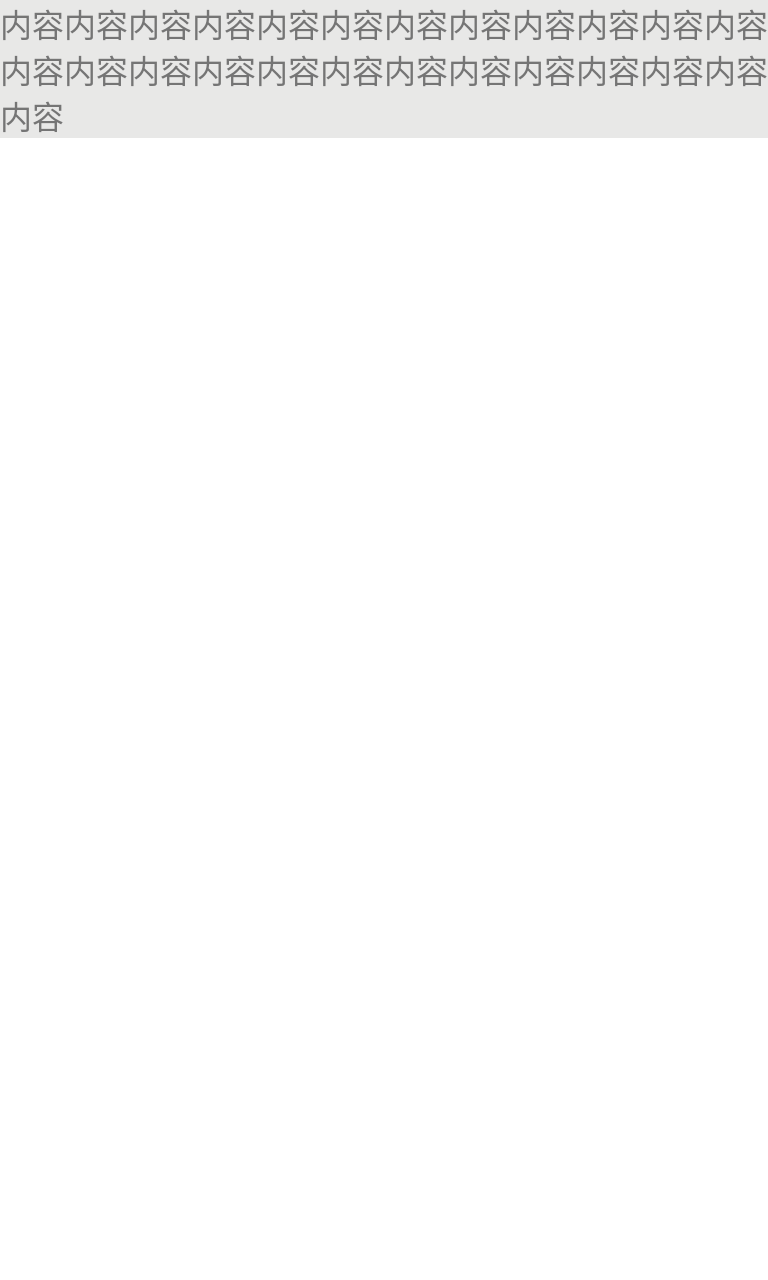
Repository: fatio/Nower
Layout: Android_Client_Source/EnjoyIt/res/layout/comment_list_item.xml
An editor plug-in stored every save of this project. The layout is shown before and after the next save, followed by the edit.
It is drawn on a 768 x 1280 px phone screen (xhdpi) without system bars, with theme AppTheme; the app's code is not run.

Above is the layout before, as saved 2015-12-27 16:36:30.

After the next save:
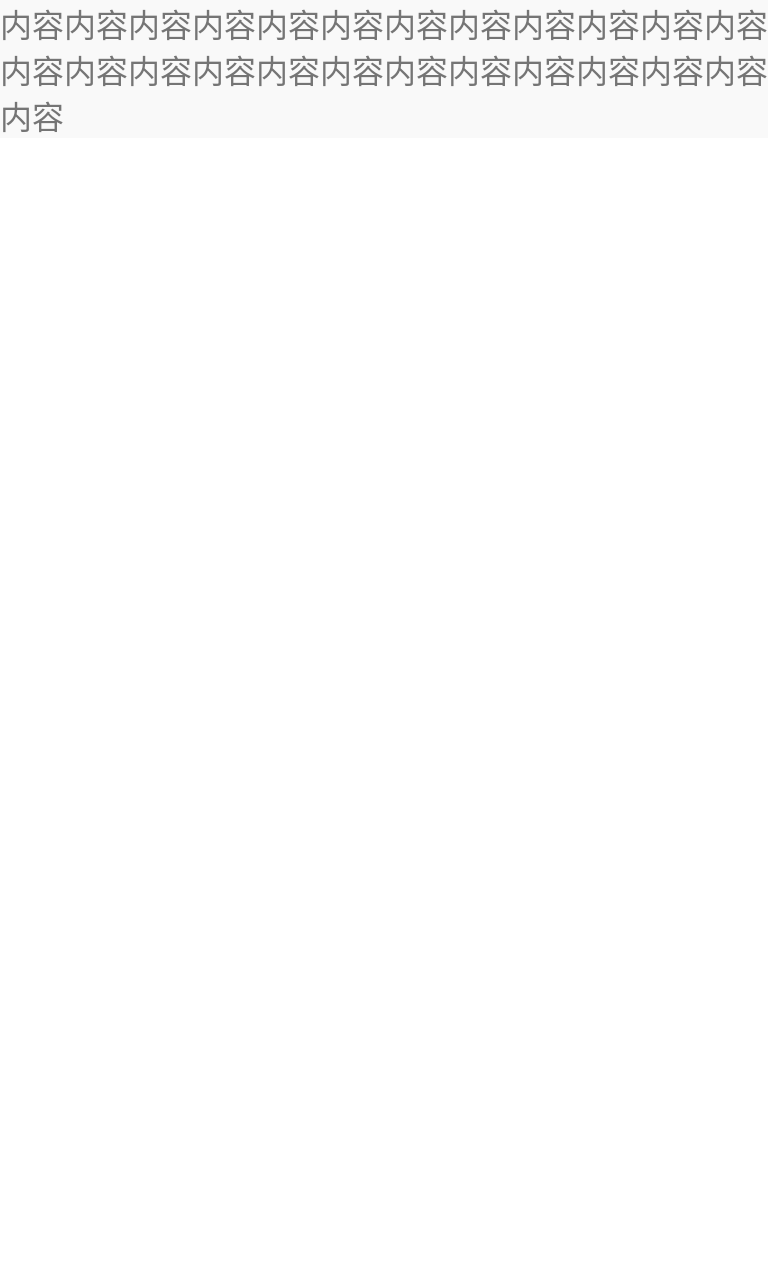
Saved 45 s later.
--- a/Android_Client_Source/EnjoyIt/res/values/colors.xml
+++ b/Android_Client_Source/EnjoyIt/res/values/colors.xml
@@ -15,7 +15,7 @@
     <color name="puple">#d500f9</color>
 
 
-     <color name="mywhite">#E8E8E7</color>
+     <color name="mywhite">#F9F9F9</color>
  <color name="white">#ffffff</color><!--白色 -->
  <color name="ivory">#fffff0</color><!--象牙色 -->
  <color name="lightyellow">#ffffe0</color><!--亮黄色 -->
